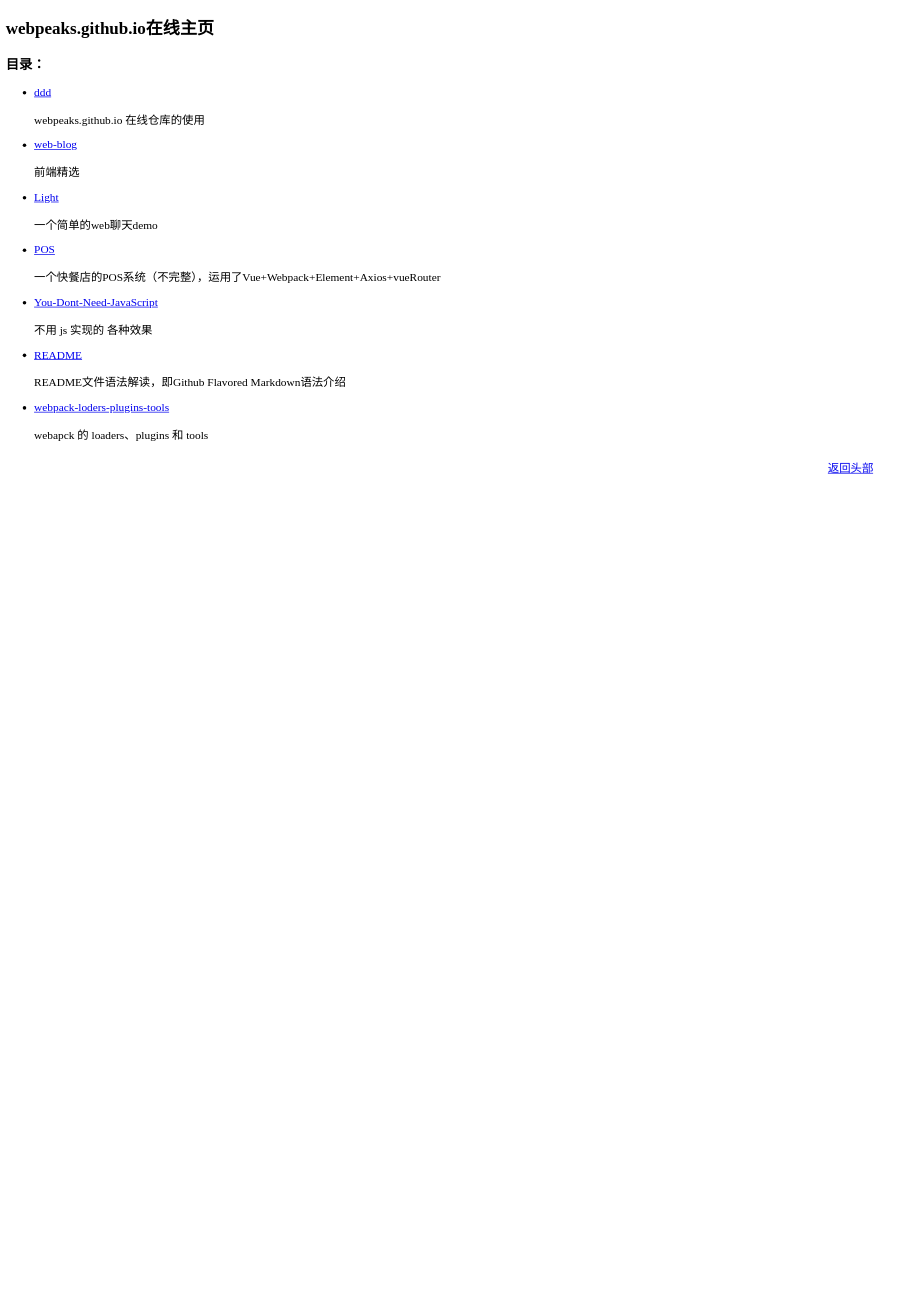
Repository: webpeaks/webpeaks.github.io
Page: index.html
The author's editor kept a copy of each file at every save. The page is drawn from the files as they stood at one save, then again after the next save.
The browser window is 1280 px wide. The pictures show the whole page, at 71% of full size.

Above is the page before, as saved 2018-01-03 16:47:08.

### index.html
<!DOCTYPE html>
<html lang="en">

<head>
    <meta charset="UTF-8">
    <meta name="viewport" content="width=device-width, initial-scale=1.0">
    <meta http-equiv="X-UA-Compatible" content="ie=edge">
    <title>Document</title>
    <style>
        body {
            height: 1800px;
        }

        .back {
            position: fixed;
            bottom: 50px;
            right: 50px;
        }
    </style>
</head>

<body>
    <h2>webpeaks.github.io在线主页</h2>
    <h3>目录：</h3>
    <ul>
        <li>
            <a href="webpeaks.github.io/ddd/index.html">ddd</a>
            <p>webpeaks.github.io 在线仓库的使用</p>
        </li>
        <li>
            <a href="https://github.com/webpeaks/web-blog">web-blog</a>
            <p>前端精选</p>
        </li>
        <li>
            <a href="https://github.com/webpeaks/Light">Light</a>
            <p>一个简单的web聊天demo</p>
        </li>
        <li>
            <a href="https://github.com/webpeaks/POS">POS</a>
            <p>一个快餐店的POS系统（不完整），运用了Vue+Webpack+Element+Axios+vueRouter</p>
        </li>
        <li>
            <a href="https://github.com/webpeaks/You-Dont-Need-JavaScript">You-Dont-Need-JavaScript</a>
            <p>不用 js 实现的 各种效果</p>
        </li>
        <li>
            <a href="https://github.com/webpeaks/README">README</a>
            <p>README文件语法解读，即Github Flavored Markdown语法介绍</p>
        </li>
        <li>
            <a href="https://github.com/webpeaks/webpack-loders-plugins-tools">webpack-loders-plugins-tools</a>
            <p>webapck 的 loaders、plugins 和 tools</p>
        </li>
    </ul>

    <a class="back" href="#">返回头部</a>
</body>

</html>

After the next save:
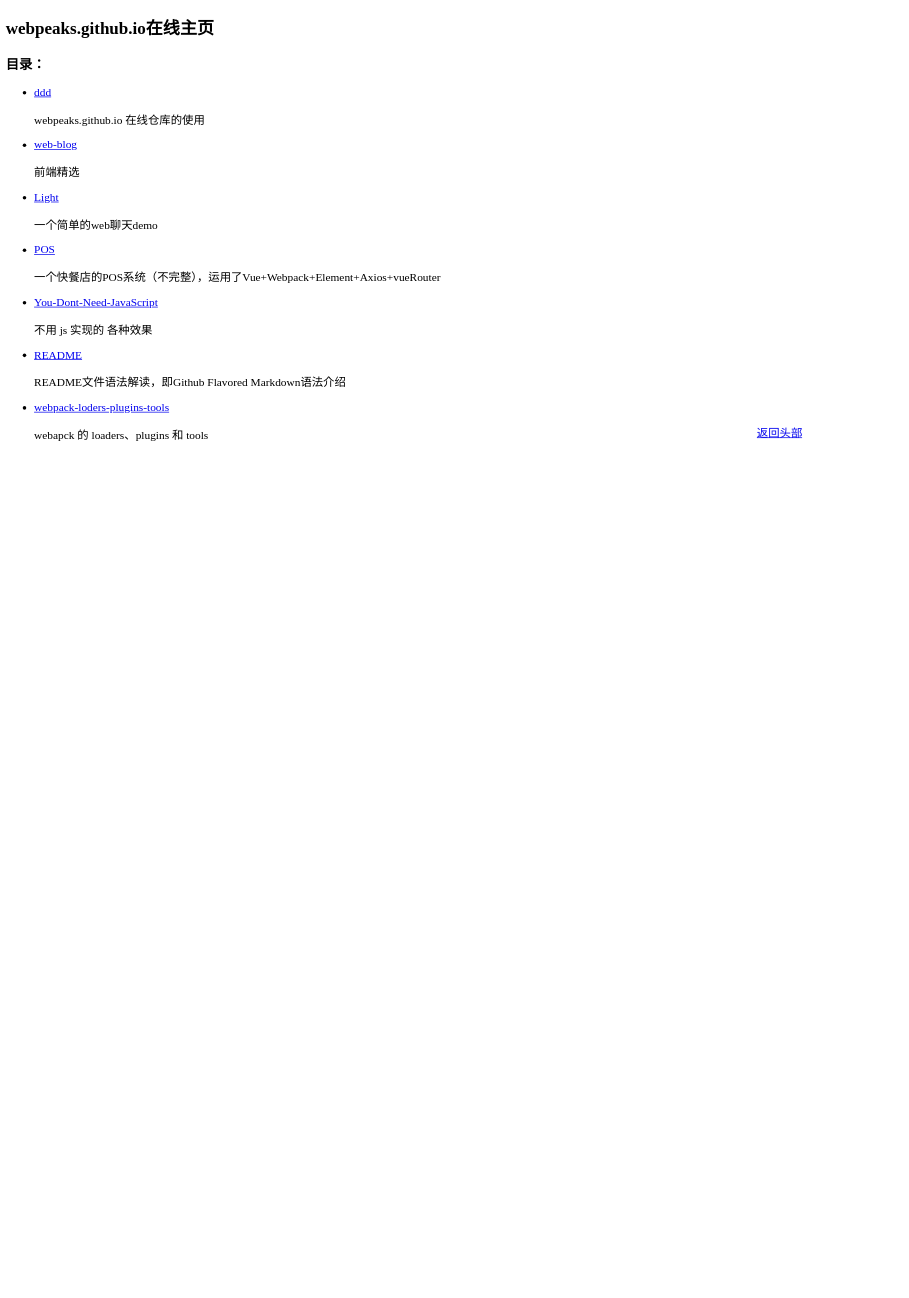
Saved 2 min 49 s later.
--- a/index.html
+++ b/index.html
@@ -13,8 +13,8 @@
 
         .back {
             position: fixed;
-            bottom: 50px;
-            right: 50px;
+            bottom: 100px;
+            right: 150px;
         }
     </style>
 </head>
